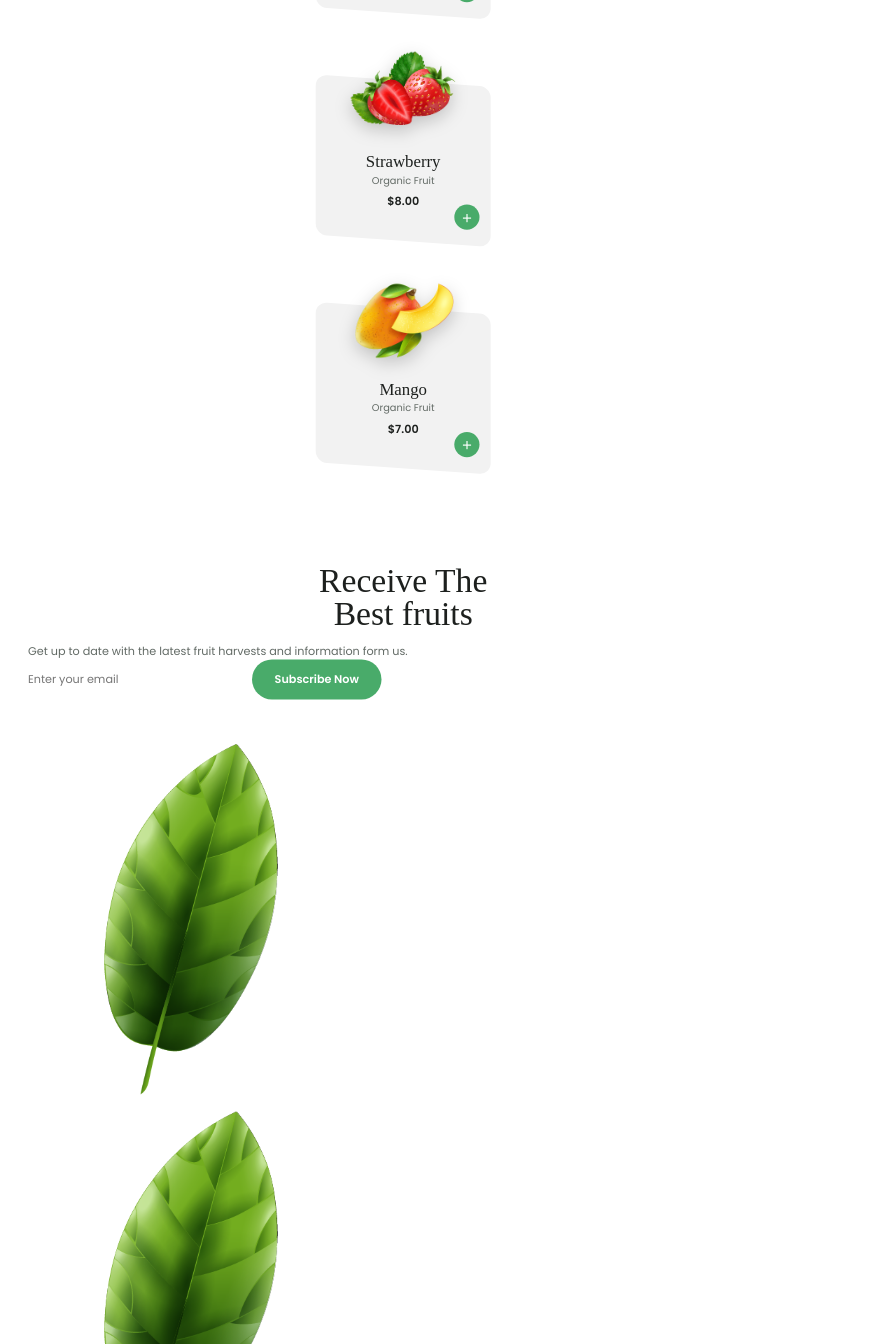
Repository: dinhhaidh/fruit
Page: index.html
The author's editor kept a copy of each file at every save. The page is drawn from the files as they stood at one save, then again after a run of saves.
The browser window is 1280 px wide. The pictures show the part of the page from y = 3823 to 5743 px (the page is 5928 px tall), at 70% of full size.
Some web fonts or font styles are not loaded; a fallback is used.

Above is the page before, as saved 2024-02-19 09:51:26.
Console error: ReferenceError: ScrollReveal is not defined

After the next 4 saves:
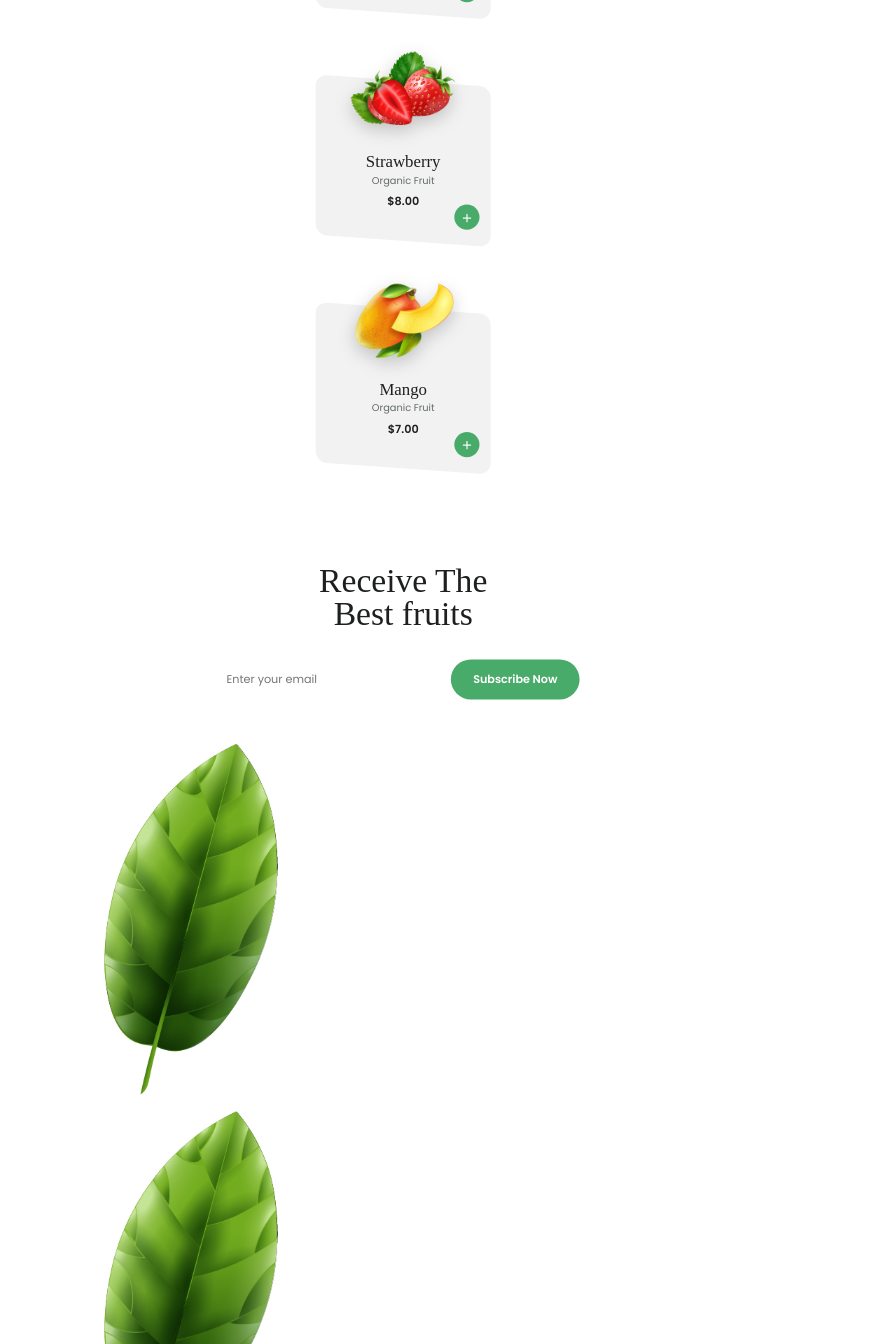
The 4 saves are shown as one change because they came seconds apart.
The last was saved 11 s later.
--- a/css/style.css
+++ b/css/style.css
@@ -478,7 +478,8 @@
     overflow: hidden;
 }
 .join__data{
-    text
+    text-align: center;
+    color: var(--white-color)
 }
 
 .join__desc{

After the save that followed:
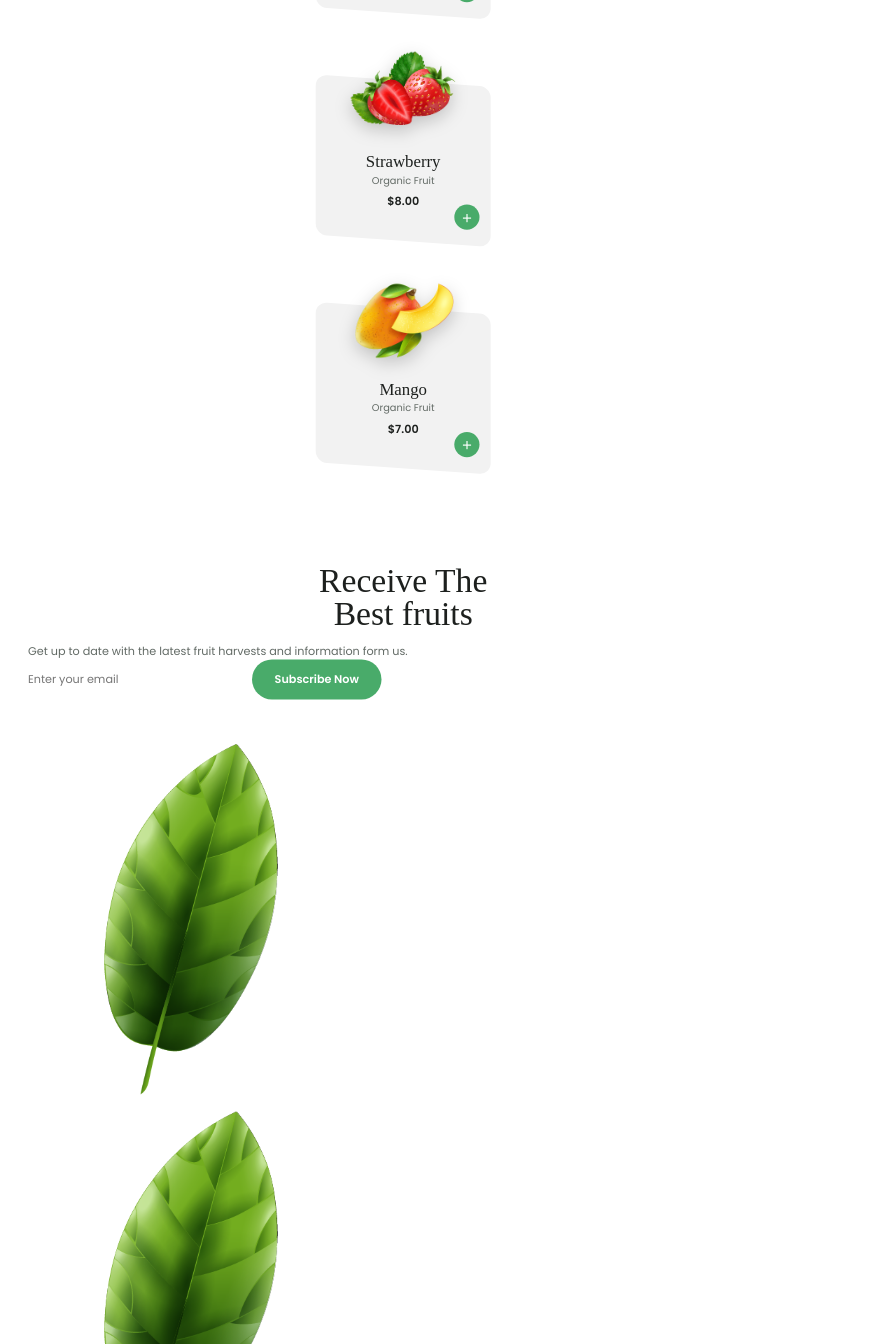
Saved 4 s later.
--- a/css/style.css
+++ b/css/style.css
@@ -477,7 +477,8 @@
     border-radius: 1rem;
     overflow: hidden;
 }
-.join__data{
+.join__data,
+.{
     text-align: center;
     color: var(--white-color)
 }
